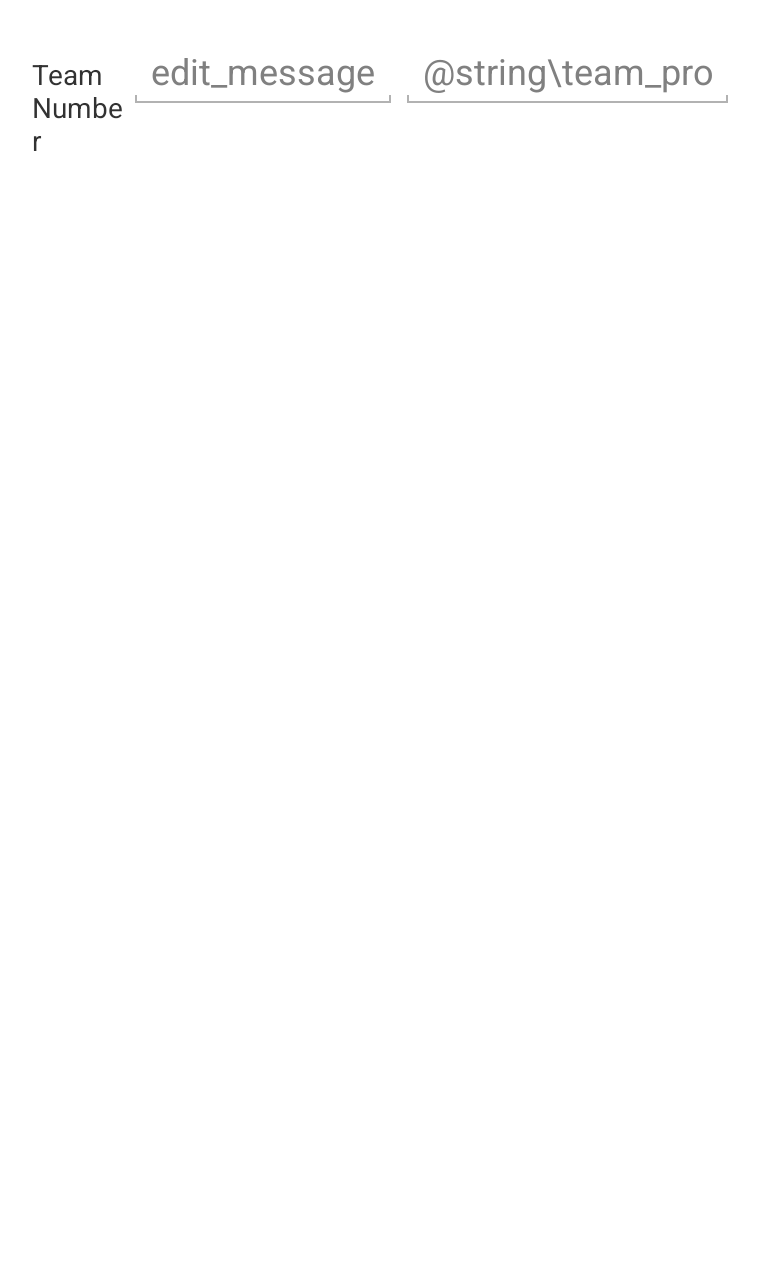
Repository: lmrobotics/linn-mar-robotics
Layout: 2013_14/Android/raflood/workspace/FTCScout/res/layout/activity_main.xml
These files come from the project's save history. The layout is drawn as it stood at one moment and after the next save; the edit follows.
It is drawn on a 768 x 1280 px phone screen (xhdpi) without system bars, with theme AppTheme; the app's code is not run.

Above is the layout before, as saved 2013-10-17 12:47:44.

### 2013_14/Android/raflood/workspace/FTCScout/res/layout/activity_main.xml
<LinearLayout xmlns:android="http://schemas.android.com/apk/res/android"
    xmlns:tools="http://schemas.android.com/tools"
    android:layout_width="match_parent"
    android:layout_height="match_parent"
    android:orientation="horizontal"
    android:paddingBottom="@dimen/activity_vertical_margin"
    android:paddingLeft="@dimen/activity_horizontal_margin"
    android:paddingRight="@dimen/activity_horizontal_margin"
    android:paddingTop="@dimen/activity_vertical_margin"
    tools:context=".MainActivity" >

    <TextView
        android:id="@+id/textView1"
        android:layout_width="wrap_content"
        android:layout_height="wrap_content"
        android:layout_weight="1"
        android:text="Team Number" />

    <EditText android:id="@+id/edit_message"
        android:layout_width="wrap_content"
        android:layout_height="wrap_content"
        android:hint="edit_message" />

    <EditText
        android:id="@+id/editText1"
        android:layout_width="wrap_content"
        android:layout_height="wrap_content"
        android:layout_weight="1"
        android:ems="10"
        android:hint="@string\team_prompt"
        android:inputType="numberDecimal" />

</LinearLayout>

### 2013_14/Android/raflood/workspace/FTCScout/res/values/strings.xml
<?xml version="1.0" encoding="utf-8"?>
<resources>

    <string name="app_name">FTC Scout</string>
    <string name="action_settings">Settings</string>
    <string name="team_prompt">enter team number</string>

</resources>

Loaded but not shown: 2013_14/Android/raflood/workspace/FTCScout/res/values/styles.xml (common file); 2013_14/Android/raflood/workspace/FTCScout/res/values-v11/styles.xml (common file); 2013_14/Android/raflood/workspace/FTCScout/res/values-v14/styles.xml (common file); 2013_14/Android/raflood/workspace/FTCScout/res/values/dimens.xml (common file)

After the next save:
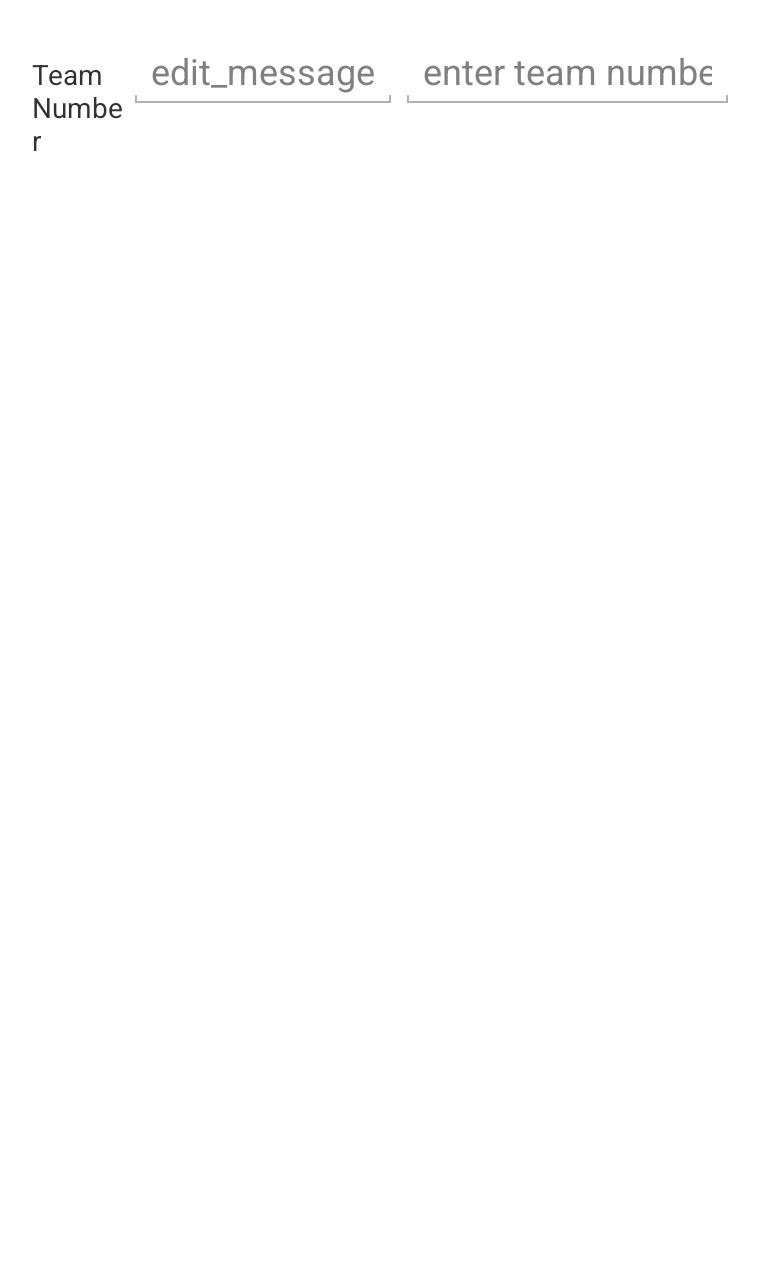
Saved 28 s later.
--- a/2013_14/Android/raflood/workspace/FTCScout/res/layout/activity_main.xml
+++ b/2013_14/Android/raflood/workspace/FTCScout/res/layout/activity_main.xml
@@ -27,7 +27,7 @@
         android:layout_height="wrap_content"
         android:layout_weight="1"
         android:ems="10"
-        android:hint="@string\team_prompt"
+        android:hint="@string/team_prompt"
         android:inputType="numberDecimal" />
 
 </LinearLayout>
